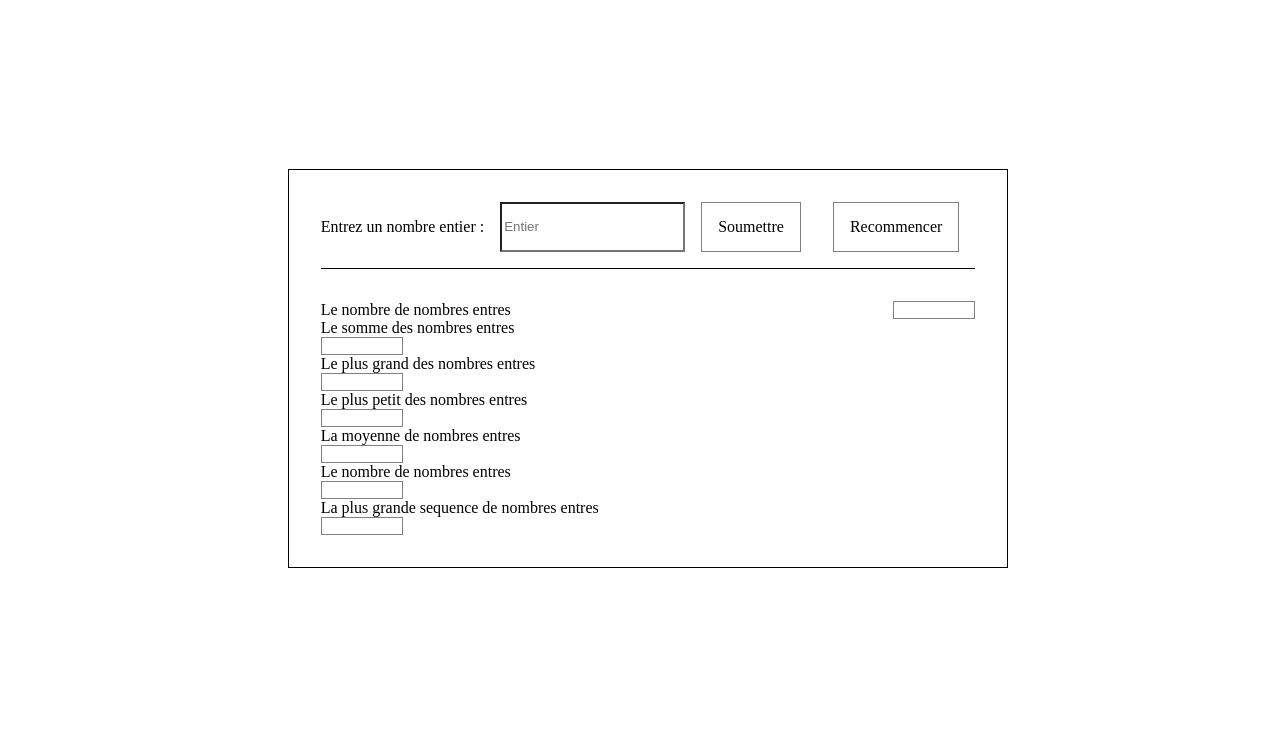
Repository: Thomas088/asbl-proforma
Page: exercices/js/ex-01/index.html
The author's editor kept a copy of each file at every save. The page is drawn from the files as they stood at one save, then again after the next save.
The browser window is 1280 px wide. The page is 1288 px wide, so the pictures cover 1288 px, including what lies to the right of the window. The pictures show the whole page.

Above is the page before, as saved 2020-03-20 01:57:55.

### exercices/js/ex-01/index.html
<!DOCTYPE html>
<html lang="en">
<head>
    <meta charset="UTF-8">
    <meta name="viewport" content="width=device-width, initial-scale=1.0">
    <link rel="stylesheet" href="./style.css">
    <title>Numbers</title>
</head>
<body>

    <div class="tableau">
        <div class="entry-user">
            <p>Entrez un nombre entier :</p>
            <input type="number" name="entry" class="user-entry" placeholder="Entier">
            <div class="submit-number">Soumettre</div>
            <div class="restart">Recommencer</div>
        </div>

        <div class="total-entries">
            <span>Le nombre de nombres entres</span>
            <div class="result total-entries-result"></div>
        </div>

        <div class="sum-entries">
            <span>Le somme des nombres entres</span>
            <div class="result sum-entries-result"></div>
        </div>

        <div class="max-entries">
            <span>Le plus grand des nombres entres</span>
            <div class="result max-entries-result"></div>
        </div>

        <div class="min-entries">
            <span>Le plus petit des nombres entres</span>
            <div class="result"></div>
        </div>

        <div class="avarage-entries">
            <span>La moyenne de nombres entres</span>
            <div class="result min-entries-result"></div>
        </div>

        <div class="list-of-entries">
            <span>Le nombre de nombres entres</span>
            <div class="result list-of-entries-result"></div>
        </div>

        <div class="sequence-entries">
            <span>La plus grande sequence de nombres entres</span>
            <div class="result sequence-entriesresult"></div>
        </div>

    </div>

    <script src="./index.js"></script>
</body>
</html>

### exercices/js/ex-01/style.css
body {
    width: 100vw;
    height: 100vh;
    display: flex;
    justify-content: center;
    align-items: center;
}

.tableau {
    border: 1px solid #000;
    padding: 2em;
}

.entry-user {
    display: flex;
    padding-bottom: 1rem;
    margin-bottom: 2rem;;
    border-bottom: 1px solid #000;
}

.entry-user p {
    padding-right: 1em;
}

.user-entry {
    outline: none;
    appearance: none;
}

.submit-number, .restart {
    display: flex;
    justify-content: center;
    align-items: center;
    border: 1px solid gray;
    margin: 0 1rem;
    padding: 0 1rem;
    cursor: pointer;
}

.result {
    width: 5rem;
    height: 1rem;
    border: 1px solid gray;
}

.total-entries {
    display: flex;
    justify-content: space-between;
}

### exercices/js/ex-01/index.js
window.addEventListener("DOMContentLoaded", function () {



})

After the next save:
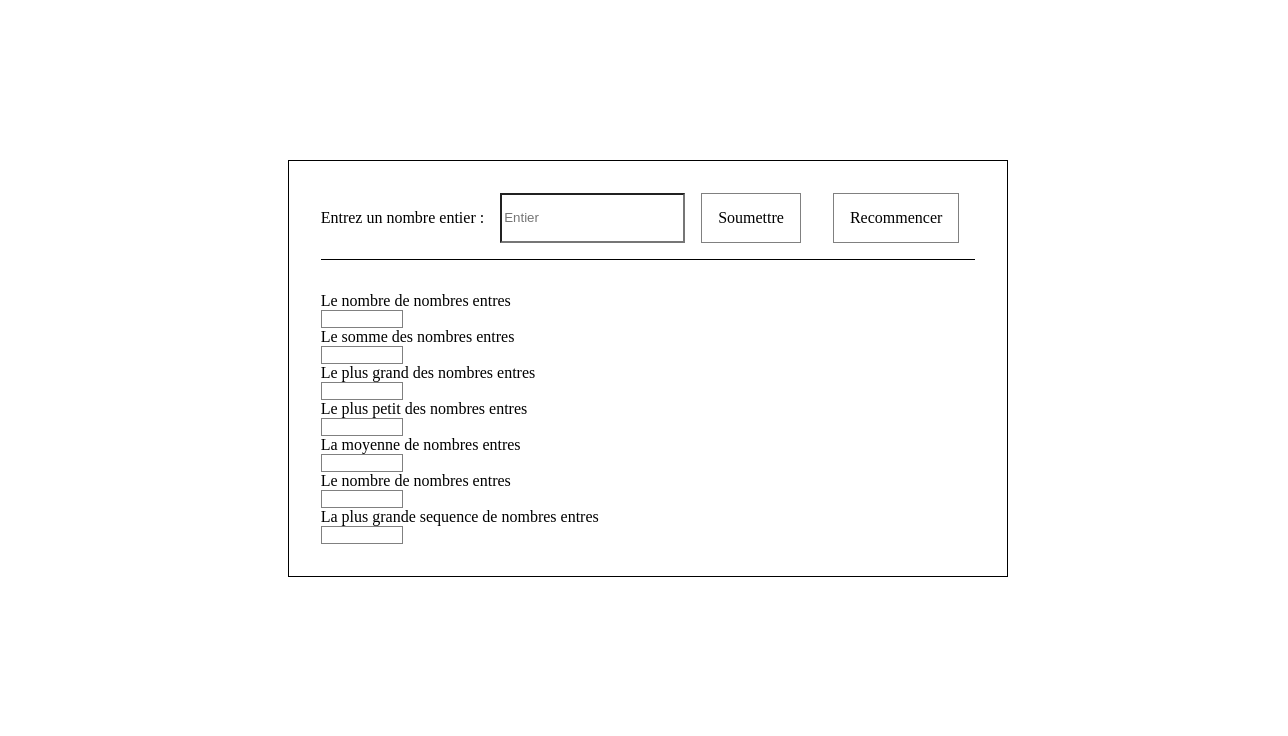
Saved 53 s later.
--- a/exercices/js/ex-01/style.css
+++ b/exercices/js/ex-01/style.css
@@ -43,7 +43,7 @@ body {
     border: 1px solid gray;
 }
 
-.total-entries {
+.entries div {
     display: flex;
     justify-content: space-between;
 }
